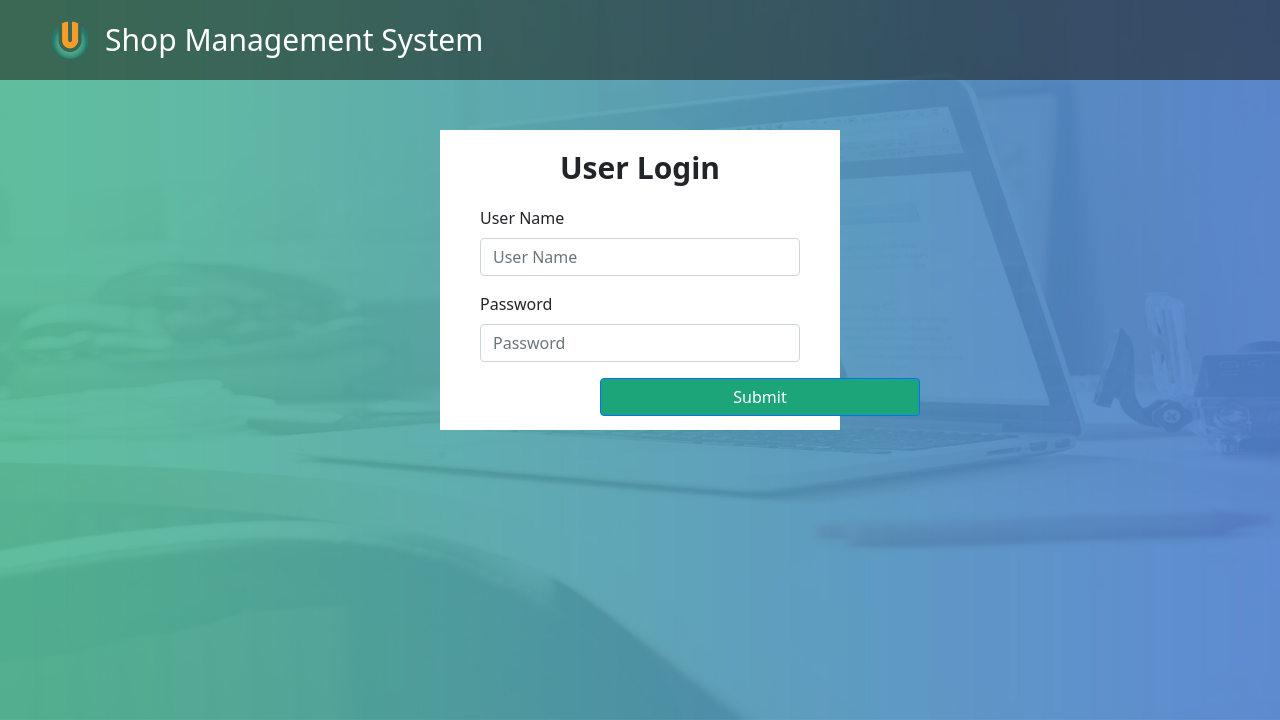
Repository: wenxi0504/storesystem
Page: /login
These files come from the project's save history. The page is drawn as it stood at one moment and after the next save; the edit follows.
The browser window is 1280 px wide. The pictures show the whole page.
The project was rebuilt for these pictures with package versions that can differ from the ones it lists, and the page was loaded fresh each time. Also part of the build but not shown: src/pages/admin/admin.jsx.

Above is the page before, as saved 2022-03-21 22:10:18.

### public/index.html
<!DOCTYPE html>
<html lang="en">
  <head>
    <meta charset="utf-8" />
    <link rel="icon" href="%PUBLIC_URL%/favicon.ico" />
    <meta name="viewport" content="width=device-width, initial-scale=1" />
    <meta name="theme-color" content="#000000" />
    <meta
      name="description"
      content="Web site created using create-react-app"
    />
    <link rel="stylesheet" href="css/reset.css">
    <title>React App</title>
  </head>
  <body>
    <noscript>You need to enable JavaScript to run this app.</noscript>
    <div id="root"></div>
  </body>
</html>

### src/index.js
import React from 'react';
import ReactDOM from 'react-dom';
import App from './App';
import 'bootstrap/dist/css/bootstrap.min.css';


ReactDOM.render(
  <React.StrictMode>
    <App />
  </React.StrictMode>,
  document.getElementById('root')
);

### src/App.js
import React, { Component } from 'react';
import { FontAwesomeIcon } from '@fortawesome/react-fontawesome';
import { solid, regular, brands } from '@fortawesome/fontawesome-svg-core/import.macro'; // <-- import styles to be used
import { BrowserRouter,Routes,Route } from 'react-router-dom';
import 'bootstrap/dist/css/bootstrap.min.css';
import Login from './pages/login/login';
import Admin from './pages/admin/admin';
class App extends Component{

  render(){
    return(

      <BrowserRouter>
      <Routes>
      <Route path='/login' element={<Login/>}/>
      <Route path='/admin' element={<Admin/>}/>

      </Routes>
      </BrowserRouter>
    )
  }
}

export default App;

### src/pages/login/login.jsx
import React, { Component } from "react";
import "./login.css";
import logo from '../../assets/images/logo.png';
import { Form ,Button } from 'react-bootstrap';

export default class Login extends Component {
  render() {
    return (
      <div className="login">
        <header className="login-header">
            <img src={logo} alt="logo" />
          <h1>Shop Management System</h1>
        </header>

        <section className="login-content">
            <h3>User Login</h3>
            <Form>
  <Form.Group className="mb-3" controlId="formBasicUser">
    <Form.Label>User Name</Form.Label>
    <Form.Control type="user" placeholder="User Name" />
  </Form.Group>

  <Form.Group className="mb-3" controlId="formBasicPassword">
    <Form.Label>Password</Form.Label>
    <Form.Control type="password" placeholder="Password" />
  </Form.Group>
  <Button  variant="primary" type="submit">
    Submit
  </Button>
</Form>

        </section>
      </div>

    )
  }
}

### src/pages/login/login.css

.login{
    width:100%;
    height: 100%;
    background-image: url('./images/bg.jpg');
    background-size: 100% 100%;
}

.login-header{
    display:flex;
    align-items: center;
    height: 80px;
    background-color: rgba(21,20,13,0.5);
}

.login-header img{
    width: 40px;
    height:40px;
    margin-left:50px;
}

.login-header h1{
    font-size: 30px;
    color: white;
    margin: 0 0 0 15px;
}

.login-content{
    margin: 50px auto;
    width: 400px;
    height: 300px;
    background-color: #fff;
    padding: 20px 40px;
}

.login-content h3{
    font-size: 30px;
    font-weight: bold;
    text-align: center;
    margin-bottom: 20px;
}

.btn-primary {
    margin-left: 120px;
    background-color:#1DA57A;
    width:100%
}

### public/css/reset.css
html,
body,
p,
ol,
ul,
li,
dl,
dt,
dd,
blockquote,
figure,
fieldset,
legend,
textarea,
pre,
iframe,
hr,
h1,
h2,
h3,
h4,
h5,
h6 {
margin: 0;
padding: 0;
}
h1,
h2,
h3,
h4,
h5,
h6 {
font-size: 100%;
font-weight: normal;
}
ul {
list-style: none;
}
button,
input,
select,
textarea {
margin: 0;
}
html {
box-sizing: border-box;
}
*, *:before, *:after {
box-sizing: inherit;
}
img,
embed,
iframe,
object,
video {
height: auto;
max-width: 100%;
}
audio {
max-width: 100%;
}
iframe {
border: 0;
}
table {
border-collapse: collapse;
border-spacing: 0;
}
td,
th {
padding: 0;
text-align: left;
}
html, body {
height: 100%;
}
#root {
width: 100%;
height: 100%;
}

After the next save:
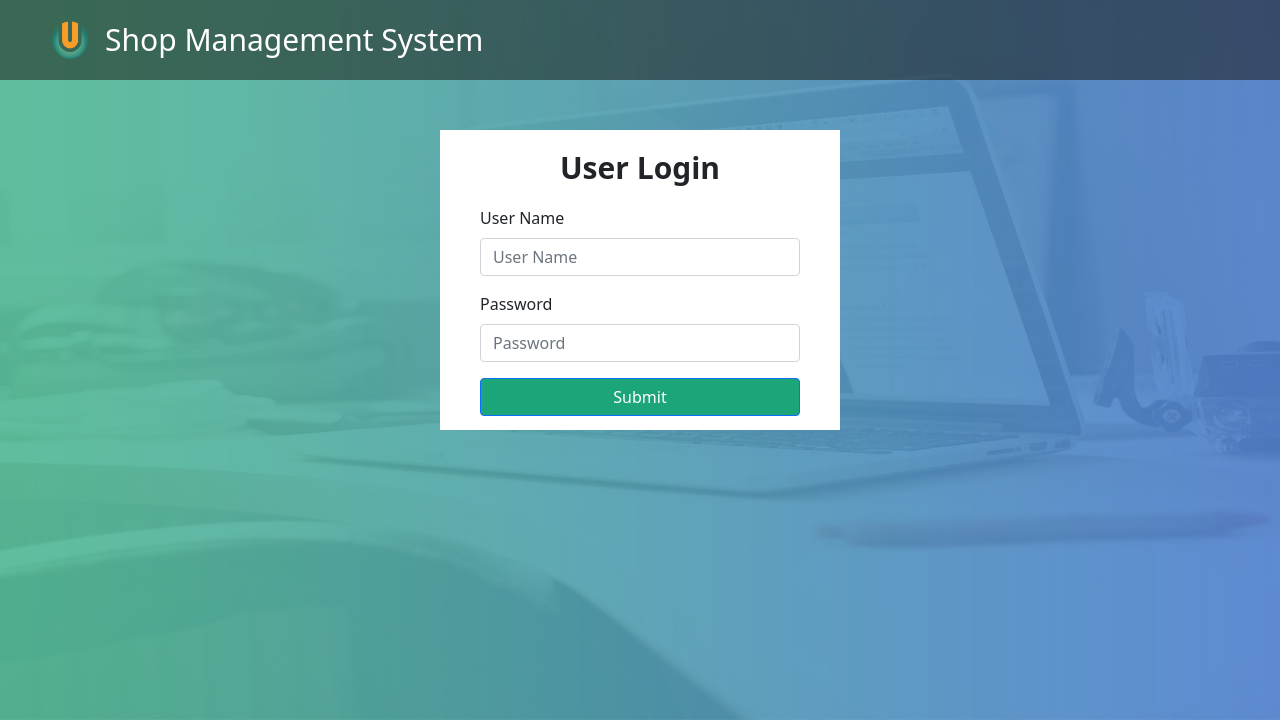
Saved 9 s later.
--- a/src/pages/login/login.css
+++ b/src/pages/login/login.css
@@ -41,7 +41,7 @@
 }
 
 .btn-primary {
-    margin-left: 120px;
+
     background-color:#1DA57A;
     width:100%
 }
